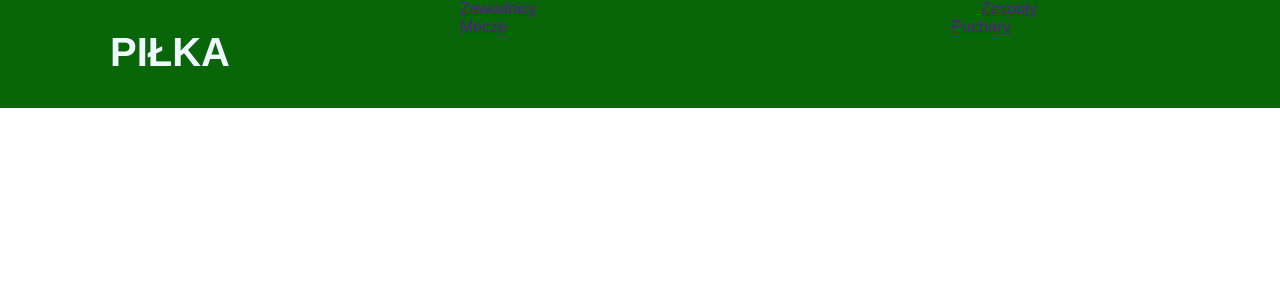
Repository: ZABA78/PAZW
Page: index.html
An editor plug-in stored every save of this project. The page is shown before and after the next save, followed by the edit.
The browser window is 1280 px wide. The pictures show the whole page.
Some web fonts or font styles are not loaded; a fallback is used.

Above is the page before, as saved 2023-10-17 14:03:28.

### index.html
<!DOCTYPE html>
<html lang="en">
<head>
    <meta charset="UTF-8">
    <meta http-equiv="X-UA-Compatible" content="IE=edge">
    <meta name="viewport" content="width=device-width, initial-scale=1.0">
    <link rel="stylesheet" href="style.css">
    <title>Piłka</title>
    <style>
        @import url('https://fonts.googleapis.com/css2?family=Tilt+Neon&display=swap');
        </style>
</head>
<body>
    <header>
        <!--<img src="pilka.png" alt="logo" class = "logo">--><h1>PIŁKA</h1>
        <nav>
            <a href="">Zawodnicy</a>
            <a href="">Zespoły</a>
            <a href="">Mecze</a>
            <a href="">Puchary</a>
        </nav>
    </header>
</body>
</html>

### style.css
*
{
    font-family: 'Tilt Neon', sans-serif;
    margin:0;
    padding: 0;
    box-sizing: border-box;

}
.logo
{
    height: 100vh;

}
h1
{
    padding: 10px;
    font-size: 40px;
    float: left;
    margin-left: 100px;
    margin-top: 20px;
}
header
{
    background-color: rgb(8, 102, 8);
    height: 15vh;
    color: aliceblue;
}
a
{
padding: 220px;
}

After the next save:
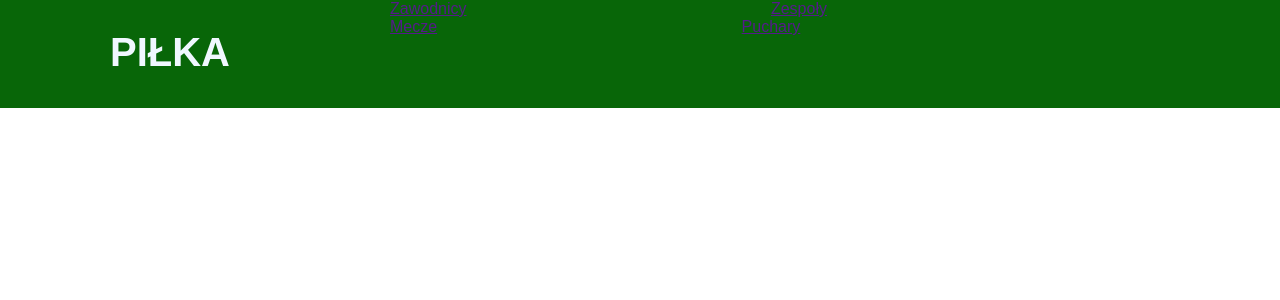
Saved 15 s later.
--- a/style.css
+++ b/style.css
@@ -27,5 +27,5 @@ header
 }
 a
 {
-padding: 220px;
+padding: 150px;
 }
